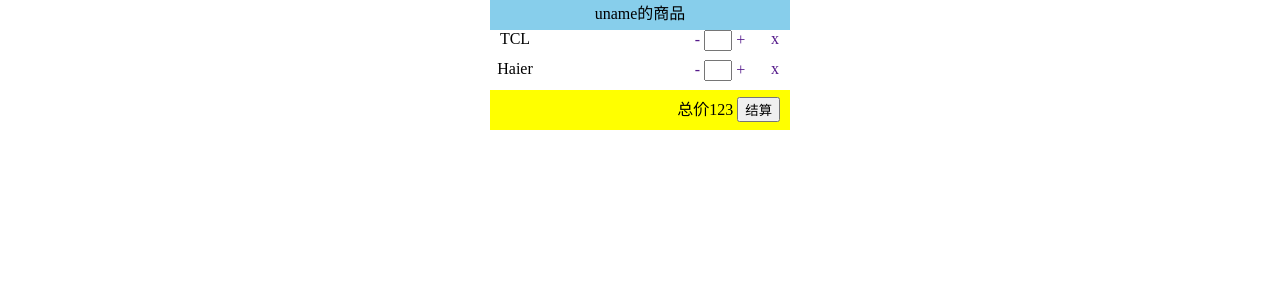
Repository: R1Deemo/Vue
Page: 10购物车.html
These files come from the project's save history. The page is drawn as it stood at one moment and after the next save; the edit follows.
The browser window is 1280 px wide. The pictures show the whole page.

Above is the page before, as saved 2022-11-14 15:43:24.

### 10购物车.html
<!DOCTYPE html>
<html lang="en">

<head>
    <meta charset="UTF-8">
    <meta http-equiv="X-UA-Compatible" content="IE=edge">
    <meta name="viewport" content="width=device-width, initial-scale=1.0">
    <title>Document</title>
    <link rel="stylesheet" href="/css/购物车.css">
</head>

<body>
    <div id="app">
        <div class="container">
            <my-cart></my-cart>
        </div>
    </div>
    <script src="https://cdn.jsdelivr.net/npm/vue/dist/vue.js"></script>
    <script>
        var CartTitle = {
            props: ['uname'],
            template: `<div class="title">uname的商品</div>`
        }
        var CartList = {
            template: `
            <div id='main'>
                <div class='item'>
                    <div class="name">TCL</div>
                    <div class="change">
                        <a href="">-</a>
                        <input type='text' class='num'/>
                        <a href="">+</a>
                    </div>
                    <div class='del'><a href="">x</a></div>
                </div>
                <div class='item'>
                    <div class="name">Haier</div>
                    <div class="change">
                        <a href="">-</a>
                        <input type='text' class='num'/>
                        <a href="">+</a>
                    </div>
                    <div class='del'><a href="">x</a></div>
                </div>
            </div>`

        }
        var CartTotal = {
            template: ` <div class="total">
                <div id='foot'><span>总价123</span>
                    <button>结算</button></div>

                </div>`
        }
        Vue.component('my-cart', {
            data: function() {
                return {
                    uname: '张三',
                }
            },
            template: `
            <div  class="cart">
                <cart-title :uname='uname'></cart-title>
                <cart-list></cart-list>
                <cart-total></cart-total>
                </div>
            `,
            components: {
                'cart-title': CartTitle,
                'cart-list': CartList,
                'cart-total': CartTotal,

            }
        })
        var vm = new Vue({
            el: '#app',
            data: {

            }
        })
    </script>
</body>

</html>

### css/购物车.css
body,
html {
    margin: 0;
    padding: 0;
}

.title {
    background-color: skyblue;
    height: 30px;
}

.container {
    margin: 0 auto;
    text-align: center;
}

.del {
    position: absolute;
    right: 10px;
    width: 10px;
}

.change {
    float: right;
    width: 80px;
    padding-right: 30px;
}

a {
    text-decoration: none;
}

.num {
    width: 20px;
}

.name {
    float: left;
    width: 50px;
}

.cart {
    width: 300px;
    height: 200px;
    margin: 0 auto;
}

.item {
    height: 30px;
    position: relative;
}

.total {
    background-color: yellow;
    width: 100%;
    height: 40px;
    position: relative;
}

#foot {
    position: absolute;
    right: 10px;
    line-height: 40px;
}

After the next save:
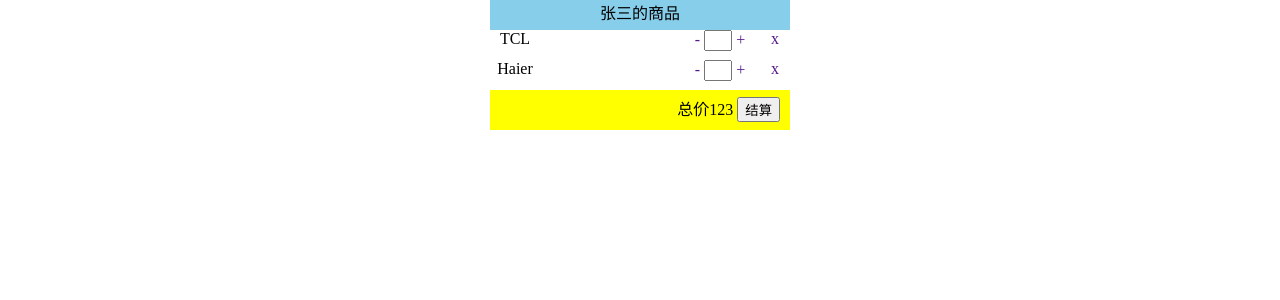
Saved 18 s later.
--- a/10购物车.html
+++ b/10购物车.html
@@ -19,7 +19,7 @@
     <script>
         var CartTitle = {
             props: ['uname'],
-            template: `<div class="title">uname的商品</div>`
+            template: `<div class="title">{{uname}}的商品</div>`
         }
         var CartList = {
             template: `
